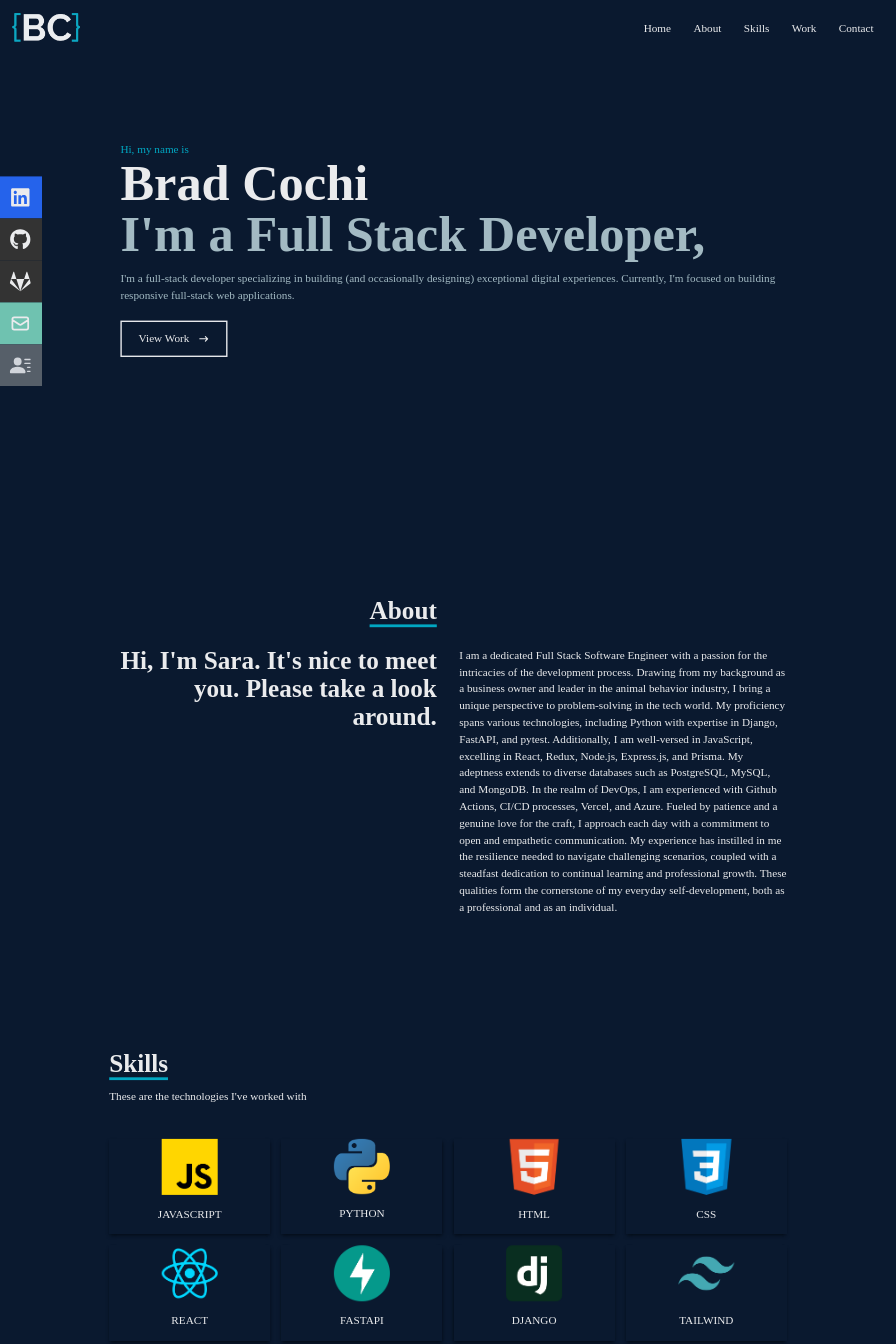
Repository: saramargulies/margulies-portfolio
Page: /
These files come from the project's save history. The page is drawn as it stood at one moment and after the next save; the edit follows.
The browser window is 1280 px wide. The pictures show the part of the page from y = 0 to 1920 px (the page is 3600 px tall), at 70% of full size.
The project was rebuilt for these pictures with package versions that can differ from the ones it lists, and the page was loaded fresh each time.

Above is the page before, as saved 2023-12-05 12:44:45.

### public/index.html
<!DOCTYPE html>
<html lang="en">
  <head>
    <meta charset="utf-8" />
    <link rel="icon" href="%PUBLIC_URL%/favicon.ico" />
    <meta name="viewport" content="width=device-width, initial-scale=1" />
    <meta name="theme-color" content="#000000" />
    <meta
      name="description"
      content="Web site created using create-react-app"
    />
    <link rel="apple-touch-icon" href="%PUBLIC_URL%/logobluemobile.png" />
    <!--
      manifest.json provides metadata used when your web app is installed on a
      user's mobile device or desktop. See https://developers.google.com/web/fundamentals/web-app-manifest/
    -->
    <link rel="manifest" href="%PUBLIC_URL%/manifest.json" />
    <!--
      Notice the use of %PUBLIC_URL% in the tags above.
      It will be replaced with the URL of the `public` folder during the build.
      Only files inside the `public` folder can be referenced from the HTML.

      Unlike "/favicon.ico" or "favicon.ico", "%PUBLIC_URL%/favicon.ico" will
      work correctly both with client-side routing and a non-root public URL.
      Learn how to configure a non-root public URL by running `npm run build`.
    -->
    <title>Brad Cochi</title>
  </head>
  <body>
    <noscript>You need to enable JavaScript to run this app.</noscript>
    <div id="root"></div>
    <!--
      This HTML file is a template.
      If you open it directly in the browser, you will see an empty page.

      You can add webfonts, meta tags, or analytics to this file.
      The build step will place the bundled scripts into the <body> tag.

      To begin the development, run `npm start` or `yarn start`.
      To create a production bundle, use `npm run build` or `yarn build`.
    -->
  </body>
</html>

### src/App.js
import Navbar from "./components/Navbar";
import Home from "./components/Home";
import About from "./components/About";
import Skills from "./components/Skills";
import Work from "./components/Work";
import Contact from "./components/Contact";
import React, { useEffect } from "react";

function App() {
  useEffect(() => {
    document.title = "Brad Cochi";
  }, []);

  return (
    <div>
      <Navbar />
      <Home />
      <About />
      <Skills />
      <Work />
      <Contact />
    </div>
  );
}

export default App;

### src/components/Navbar.jsx
import React, { useState } from "react";
import {
  FaBars,
  FaTimes,
  FaGithub,
  FaGitlab,
  FaLinkedin,
} from "react-icons/fa";
import { HiOutlineMail } from "react-icons/hi";
import { BsFillPersonLinesFill } from "react-icons/bs";
import Logo from "../assets/logo.png";
import { Link } from "react-scroll";

const Navbar = () => {
  const [nav, setNav] = useState(false);
  const handleClick = () => setNav(!nav);

  return (
    <div className="fixed w-full h-[80px] flex justify-between items-center px-4 bg-[#0a192f] text-[#eaebed]">
      <div>
        <img src={Logo} alt="Logo" style={{ width: "100px" }} />
      </div>

      {/* Menu */}
      <ul className="hidden md:flex">
        <li>
          <Link to="home" smooth={true} duration={500}>
            Home
          </Link>
        </li>
        <li>
          <Link to="about" smooth={true} duration={500}>
            About
          </Link>
        </li>
        <li>
          <Link to="skills" smooth={true} duration={500}>
            Skills
          </Link>
        </li>
        <li>
          <Link to="work" smooth={true} duration={500}>
            Work
          </Link>
        </li>
        <li>
          <Link to="contact" smooth={true} duration={500}>
            Contact
          </Link>
        </li>
      </ul>

      {/* Hamburger */}
      <div onClick={handleClick} className="md:hidden z-10">
        {!nav ? <FaBars /> : <FaTimes />}
      </div>

      {/* Mobile menu */}
      <ul
        className={
          !nav
            ? "hidden"
            : "absolute top-0 left-0 w-full h-screen bg-[#0a192f] flex flex-col justify-center items-center"
        }
      >
        <li className="py-4 text-3xl">
          <Link onClick={handleClick} to="home" smooth={true} duration={500}>
            Home
          </Link>
        </li>
        <li className="py-4 text-3xl">
          <Link onClick={handleClick} to="about" smooth={true} duration={500}>
            About
          </Link>
        </li>
        <li className="py-4 text-3xl">
          <Link onClick={handleClick} to="skills" smooth={true} duration={500}>
            Skills
          </Link>
        </li>
        <li className="py-4 text-3xl">
          <Link onClick={handleClick} to="work" smooth={true} duration={500}>
            Work
          </Link>
        </li>
        <li className="py-4 text-3xl">
          <a
            className="flex justify-between items-center w-full text-gray-300"
            href="https://www.linkedin.com/in/brad-cochi/"
            target="_blank"
            rel="noopener noreferrer"
          >
            LinkedIn
          </a>
        </li>
        <li className="py-4 text-3xl">
          <a
            className="flex justify-between items-center w-full text-gray-300"
            href="https://docs.google.com/document/d/1NIh6wLXZUbtdGNBN_J33L0a28H9_5nH7budXHrZ2_Uo/edit"
            target="_blank"
            rel="noopener noreferrer"
          >
            Resume
          </a>
        </li>
        <li className="py-4 text-3xl">
          <a
            className="flex justify-between items-center w-full text-gray-300"
            href="https://github.com/bradcochi"
            target="_blank"
            rel="noopener noreferrer"
          >
            GitHub
          </a>
        </li>
        <li className="py-4 text-3xl">
          <a
            className="flex justify-between items-center w-full text-gray-300"
            href="https://gitlab.com/bradcochi"
            target="_blank"
            rel="noopener noreferrer"
          >
            GitLab
          </a>
        </li>
        <li className="py-4 text-3xl">
          <Link onClick={handleClick} to="contact" smooth={true} duration={500}>
            Contact
          </Link>
        </li>
      </ul>

      {/* Social icons */}
      <div className="hidden lg:flex fixed flex-col top-[35%] left-0">
        <ul>
          <li className="w-[160px] h-[60px] flex justify-between items-center ml-[-100px] hover:ml-[-10px] duration-300 bg-blue-600">
            <a
              className="flex justify-between items-center w-full text-[#eaebed]"
              href="https://www.linkedin.com/in/brad-cochi/"
              target="_blank"
              rel="noopener noreferrer"
            >
              LinkedIn <FaLinkedin size={30} />
            </a>
          </li>
          <li className="w-[160px] h-[60px] flex justify-between items-center ml-[-100px] hover:ml-[-10px] duration-300 bg-[#333333]">
            <a
              className="flex justify-between items-center w-full text-[#eaebed]"
              href="https://github.com/bradcochi"
              target="_blank"
              rel="noopener noreferrer"
            >
              GitHub <FaGithub size={30} />
            </a>
          </li>
          <li className="w-[160px] h-[60px] flex justify-between items-center ml-[-100px] hover:ml-[-10px] duration-300 bg-[#333333]">
            <a
              className="flex justify-between items-center w-full text-[#eaebed]"
              href="https://gitlab.com/bradcochi"
              target="_blank"
              rel="noopener noreferrer"
            >
              GitLab <FaGitlab size={30} />
            </a>
          </li>
          <li className="w-[160px] h-[60px] flex justify-between items-center ml-[-100px] hover:ml-[-10px] duration-300 bg-[#6fc2b0]">
            <Link
              to="contact"
              smooth={true}
              duration={500}
              className="flex justify-between items-center w-full text-[#eaebed]"
            >
              Email <HiOutlineMail size={30} />
            </Link>
          </li>
          <li className="w-[160px] h-[60px] flex justify-between items-center ml-[-100px] hover:ml-[-10px] duration-300 bg-[#565f69]">
            <a
              className="flex justify-between items-center w-full text-gray-300"
              href="https://docs.google.com/document/d/1NIh6wLXZUbtdGNBN_J33L0a28H9_5nH7budXHrZ2_Uo/edit"
              target="_blank"
              rel="noopener noreferrer"
            >
              Resume <BsFillPersonLinesFill size={30} />
            </a>
          </li>
          {/* need to add GitLab */}
        </ul>
      </div>
    </div>
  );
};

export default Navbar;

### src/components/Home.jsx
import React from "react";
import { HiArrowNarrowRight } from "react-icons/hi";
import { Link } from "react-scroll";

const Home = () => {
  return (
    <div name="home" className="w-full h-screen bg-[#0a192f]">
      {/* Container */}
      <div className="max-w-[1000px] mx-auto px-8 flex flex-col justify-center h-full">
        <p className="text-[#01a7c2]">Hi, my name is</p>
        <h1 className="text-4xl sm:text-7xl font-bold text-[#eaebed]">
          Brad Cochi
        </h1>
        <h2 className="text-4xl sm:text-7xl font-bold text-[#a3bac3]">
          I'm a Full Stack Developer,
        </h2>
        {/* Update the description in <p> tag to something personal */}
        <p className="text-[#a3bac3] py-4 max-w-700px">
          I'm a full-stack developer specializing in building (and occasionally
          designing) exceptional digital experiences. Currently, I'm focused on
          building responsive full-stack web applications.
        </p>
        <div>
          <Link to="work" smooth={true} duration={500}>
            <button className="text-[#eaebed] group border-2 px-6 py-3 my-2 flex items-center hover:bg-[#01a7c2] hover:border-[#01a7c2]">
              View Work
              <span className="group-hover:rotate-90 duration-300">
                <HiArrowNarrowRight className="ml-3" />
              </span>
            </button>
          </Link>
        </div>
      </div>
    </div>
  );
};

export default Home;

### src/components/About.jsx
import React from "react";

const About = () => {
  return (
    <div name="about" className="w-full h-screen bg-[#0a192f] text-[#eaebed]">
      <div className="flex flex-col justify-center items-center w-full h-full">
        <div className="max-w-[1000px] w-full grid grid-cols-2 gap-8">
          <div className="sm:text-right pb-8 pl-4">
            <p className="text-4xl font-bold inline border-b-4 border-[#01a7c2]">
              About
            </p>
          </div>
          <div></div>
        </div>
        <div className="max-w-[1000px] w-full grid sm:grid-cols-2 gap-8 px-4">
          <div className="sm:text-right text-4xl font-bold">
            <p>
              Hi, I'm Sara. It's nice to meet you. Please take a look around.
            </p>
          </div>
          <div>
            <p>
              I am a dedicated Full Stack Software Engineer with a passion for
              the intricacies of the development process. Drawing from my
              background as a business owner and leader in the animal behavior
              industry, I bring a unique perspective to problem-solving in the
              tech world. My proficiency spans various technologies, including
              Python with expertise in Django, FastAPI, and pytest.
              Additionally, I am well-versed in JavaScript, excelling in React,
              Redux, Node.js, Express.js, and Prisma. My adeptness extends to
              diverse databases such as PostgreSQL, MySQL, and MongoDB. In the
              realm of DevOps, I am experienced with Github Actions, CI/CD
              processes, Vercel, and Azure. Fueled by patience and a genuine
              love for the craft, I approach each day with a commitment to open
              and empathetic communication. My experience has instilled in me
              the resilience needed to navigate challenging scenarios, coupled
              with a steadfast dedication to continual learning and professional
              growth. These qualities form the cornerstone of my everyday
              self-development, both as a professional and as an individual.
            </p>
          </div>
        </div>
      </div>
    </div>
  );
};

export default About;

### src/components/Skills.jsx
import React from "react";
import HTML from "../assets/html.png";
import CSS from "../assets/css.png";
import JavaScript from "../assets/javascript.png";
import Python from "../assets/python.png";
import ReactImg from "../assets/react.png";
import Django from "../assets/django.png";
import FastAPI from "../assets/fastapi.png";
import Tailwind from "../assets/tailwind.png";
import Bootstrap from "../assets/bootstrap.png";
import Mongo from "../assets/mongo.png";
import PostgreSQL from "../assets/postgresql.png";
import Docker from "../assets/docker.png";

const Skills = () => {
  return (
    <div
      name="skills"
      className="w-full min-h-screen flex items-center bg-[#0a192f] text-[#eaebed]"
    >
      {/* container */}
      <div className="max-w-[1000px] mx-auto p-4 flex flex-col justify-center w-full h-full">
        <div>
          <p className="text-4xl font-bold inline border-b-4 border-[#01a7c2]">
            Skills
          </p>
          <p className="py-4">These are the technologies I've worked with</p>
        </div>
        <div className="w-full grid grid-cols-2 sm:grid-cols-4 gap-4 text-center py-8">
          <div className="shadow-md shadow-[#040c16] hover:scale-110 duration-500">
            <img
              className="w-20 mx-auto"
              src={JavaScript}
              alt="JavaScript icon"
            />
            <p className="my-4">JAVASCRIPT</p>
          </div>
          <div className="shadow-md shadow-[#040c16] hover:scale-110 duration-500">
            <img className="w-20 mx-auto" src={Python} alt="Python icon" />
            <p className="my-4">PYTHON</p>
          </div>
          <div className="shadow-md shadow-[#040c16] hover:scale-110 duration-500">
            <img className="w-20 mx-auto" src={HTML} alt="HTML icon" />
            <p className="my-4">HTML</p>
          </div>
          <div className="shadow-md shadow-[#040c16] hover:scale-110 duration-500">
            <img className="w-20 mx-auto" src={CSS} alt="CSS icon" />
            <p className="my-4">CSS</p>
          </div>

          <div className="shadow-md shadow-[#040c16] hover:scale-110 duration-500">
            <img className="w-20 mx-auto" src={ReactImg} alt="React icon" />
            <p className="my-4">REACT</p>
          </div>
          <div className="shadow-md shadow-[#040c16] hover:scale-110 duration-500">
            <img className="w-20 mx-auto" src={FastAPI} alt="FastAPI icon" />
            <p className="my-4">FASTAPI</p>
          </div>
          <div className="shadow-md shadow-[#040c16] hover:scale-110 duration-500">
            <img className="w-20 mx-auto" src={Django} alt="Django icon" />
            <p className="my-4">DJANGO</p>
          </div>
          <div className="shadow-md shadow-[#040c16] hover:scale-110 duration-500">
            <img className="w-20 mx-auto" src={Tailwind} alt="Tailwind icon" />
            <p className="my-4">TAILWIND</p>
          </div>
          <div className="shadow-md shadow-[#040c16] hover:scale-110 duration-500">
            <img
              className="w-20 mx-auto"
              src={Bootstrap}
              alt="Bootstrap icon"
            />
            <p className="my-4">BOOTSTRAP</p>
          </div>
          <div className="shadow-md shadow-[#040c16] hover:scale-110 duration-500">
            <img className="w-20 mx-auto" src={Mongo} alt="Mongo DB icon" />
            <p className="my-4">MONGO DB</p>
          </div>
          <div className="shadow-md shadow-[#040c16] hover:scale-110 duration-500">
            <img
              className="w-20 mx-auto"
              src={PostgreSQL}
              alt="PostgreSQL icon"
            />
            <p className="my-4">POSTGRESQL</p>
          </div>
          <div className="shadow-md shadow-[#040c16] hover:scale-110 duration-500">
            <img className="w-20 mx-auto" src={Docker} alt="Docker icon" />
            <p className="my-4">DOCKER</p>
          </div>
        </div>
      </div>
    </div>
  );
};

export default Skills;

### src/components/Work.jsx
import React from "react";
import NPDBImg from "../assets/projects/NPDBImg.png";

const Work = () => {
  return (
    <div
      name="work"
      className="w-full md:min-h-screen flex items-center text-[#eaebed] bg-[#0a192f]"
    >
      <div className="max-w-[1000px] mx-auto p-4 flex flex-col justify-center w-full h-full">
        <div className="pb-8">
          <p className="text-4xl font-bold online border-b-4 text-[#eaebed] border-[#01a7c2]">
            Work
          </p>
          <p className="py-6">Check out some of my recent work</p>
        </div>

        {/* Container */}
        <div className="grid sm:grid-cols-2 md:grid-cols-3 gap-4">
          {/* Grid Item */}
          <div
            style={{ backgroundImage: `url(${NPDBImg})` }}
            className="shadow-lg shadow-[#040c16] group container rounded-md flex justify-center items-center mx-auto content-div"
          >
            {/* Hover Effects */}
            <div className="opacity-0 group-hover:opacity-100">
              <span className="text-2xl font-bold text-[#eaebed] track-wider">
                React JS Application
              </span>
              <div className="pt-8 text-center">
                <a
                  href="https://saramargs.gitlab.io/npdt/"
                  target="_blank"
                  rel="noopener noreferrer"
                >
                  <button className="text-center rounded-lg px-4 py-3 m-2 bg-[#eaebed] text-gray-700 font-bold text-lg">
                    Demo
                  </button>
                </a>
                <a
                  href="https://gitlab.com/saramargs/npdt"
                  target="_blank"
                  rel="noopener noreferrer"
                >
                  <button className="text-center rounded-lg px-4 py-3 m-2 bg-[#eaebed] text-gray-700 font-bold text-lg">
                    Code
                  </button>
                </a>
              </div>
            </div>
          </div>
        </div>
      </div>
    </div>
  );
};

export default Work;

### src/components/Contact.jsx
import React from "react";

const Contact = () => {
  return (
    <div
      name="contact"
      className="w-full min-h-screen bg-[#0a192f] flex justify-center items-center"
    >
      <form
        method="POST"
        action="https://getform.io/f/15822fa6-c7ff-455a-a9fe-c3d2c82dc92a"
        className="flex flex-col max-w-[600px] w-full p-4"
      >
        <div className="pb-8">
          <p className="text-4xl font-bold inline border-b-4 border-[#01a7c2] text-[#eaebed]">
            Contact
          </p>
          <p className="text-[#eaebed] py-4">
            Submit the form below or reach out to SaraAustenM@gmail.com
          </p>
        </div>
        <input
          className="p-2 bg-[#ccd6f6]"
          type="text"
          placeholder="Name"
          name="name"
        />
        <input
          className="my-4 p-2 bg-[#ccd6f6]"
          type="email"
          placeholder="Email"
          name="email"
        />
        <textarea
          className="p-2 bg-[#ccd6f6]"
          name="message"
          rows="10"
          placeholder="Message"
        />
        <button className="text-[#eaebed] border-2 px-4 py-3 my-8 mx-auto flex items-center hover:bg-[#01a7c2] hover:border-[#01a7c2]">
          Let's Collaborate
        </button>
      </form>
    </div>
  );
};

export default Contact;

Loaded but not shown: src/index.js (common file); src/index.css (common file); tailwind.config.js (common file)

After the next save:
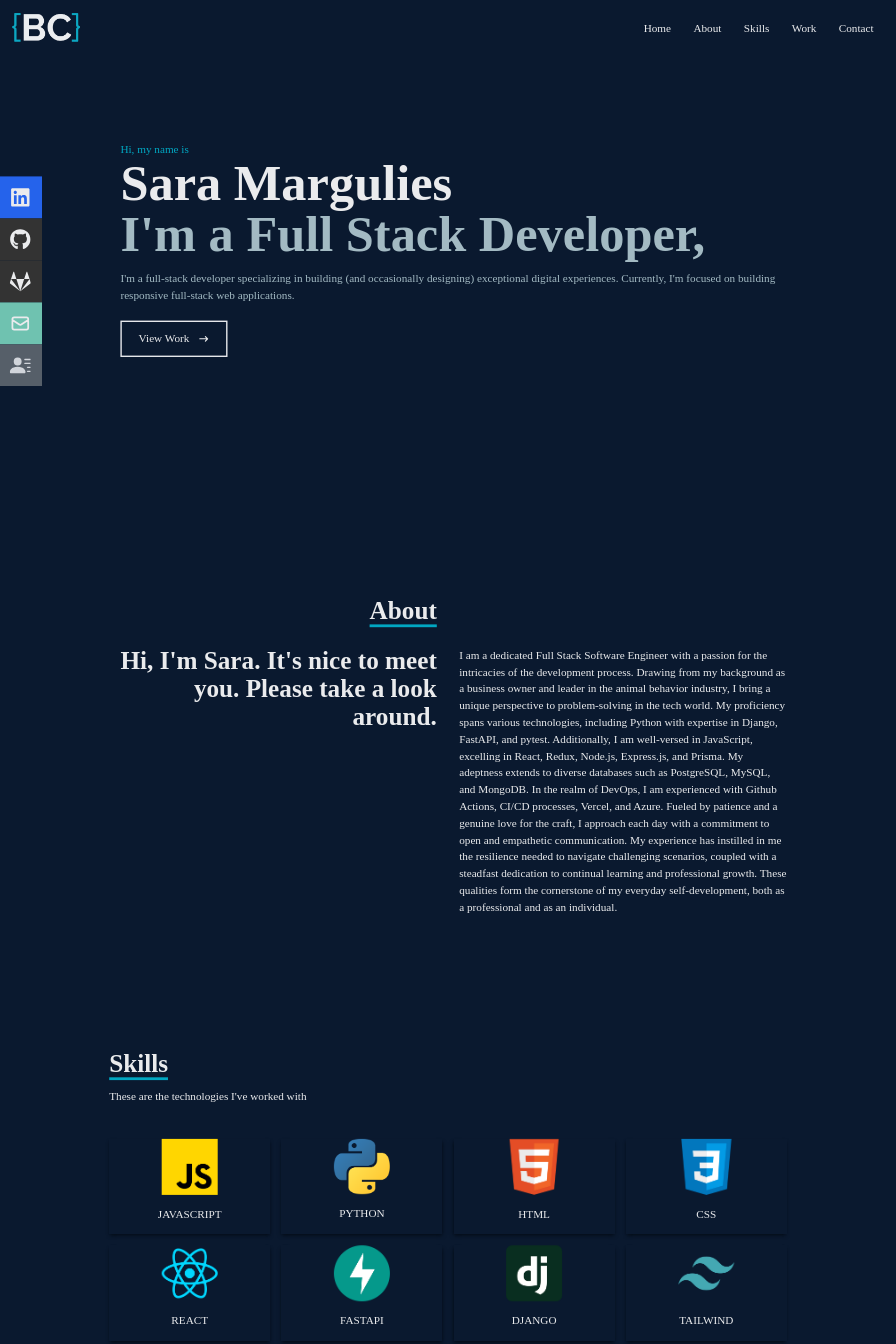
Saved 16 s later.
--- a/src/components/Home.jsx
+++ b/src/components/Home.jsx
@@ -9,7 +9,7 @@ const Home = () => {
       <div className="max-w-[1000px] mx-auto px-8 flex flex-col justify-center h-full">
         <p className="text-[#01a7c2]">Hi, my name is</p>
         <h1 className="text-4xl sm:text-7xl font-bold text-[#eaebed]">
-          Brad Cochi
+          Sara Margulies
         </h1>
         <h2 className="text-4xl sm:text-7xl font-bold text-[#a3bac3]">
           I'm a Full Stack Developer,
